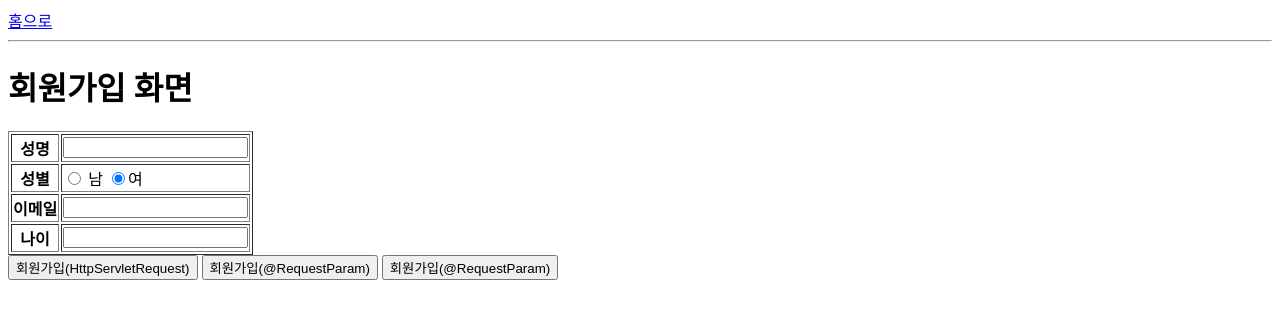
Repository: honsb91/Study_Spring
Page: http://localhost/01.Web/member
An editor plug-in stored every save of this project. The page is shown before and after the next save, followed by the edit.
The browser window is 1280 px wide. The pictures show the whole page.
The page is served by Tomcat 9. Other server files are loaded and not shown.

Above is the page before, as saved 2023-12-20 07:42:26.

### WorkSpace/01.Web/src/main/webapp/WEB-INF/views/member/join.jsp
<%@ page language="java" contentType="text/html; charset=UTF-8"
    pageEncoding="UTF-8"%>
<%@ taglib uri="http://java.sun.com/jsp/jstl/core" prefix="c"%>
<!DOCTYPE html>
<html>
<head>
<meta charset="UTF-8">
<title>Insert title here</title>
</head>
<body>
<a href="<c:url value='/'/>">홈으로</a>
<hr>
	<h1>회원가입 화면</h1>
	<form method="post" action="joinRequest">
		<table border="1">
		<tr><th>성명</th>
			<td><input type="text" name="name"></td>
		</tr>
		<tr><th>성별</th>
			<td>
				<input type="radio" name="gender" id="male" value="남">
				<label for="male">남</label>
				<label><input type="radio" name="gender" value="여" checked>여</label>
			</td>
		</tr>
		<tr><th>이메일</th>
			<td>
				<input type="text" name="email">
			</td>
		</tr>
		<tr><th>나이</th>
			<td>
				<input type="text" name="age">
			</td>
		</tr>
		</table>
		<input type="submit" value="회원가입(HttpServletRequest)">
		<input type="submit" value="회원가입(@RequestParam)" onclick="action='joinParam'">
		<input type="submit" value="회원가입(@RequestParam)" onclick="action='joinData'">
	</form>
</body>
</html>

After the next save:
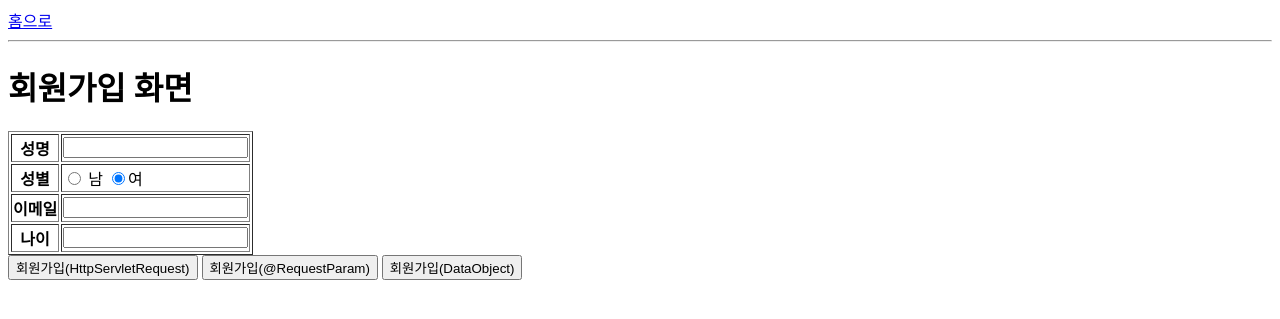
Saved 15 s later.
--- a/WorkSpace/01.Web/src/main/webapp/WEB-INF/views/member/join.jsp
+++ b/WorkSpace/01.Web/src/main/webapp/WEB-INF/views/member/join.jsp
@@ -36,7 +36,7 @@
 		</table>
 		<input type="submit" value="회원가입(HttpServletRequest)">
 		<input type="submit" value="회원가입(@RequestParam)" onclick="action='joinParam'">
-		<input type="submit" value="회원가입(@RequestParam)" onclick="action='joinData'">
+		<input type="submit" value="회원가입(DataObject)" onclick="action='joinData'">
 	</form>
 </body>
 </html>
